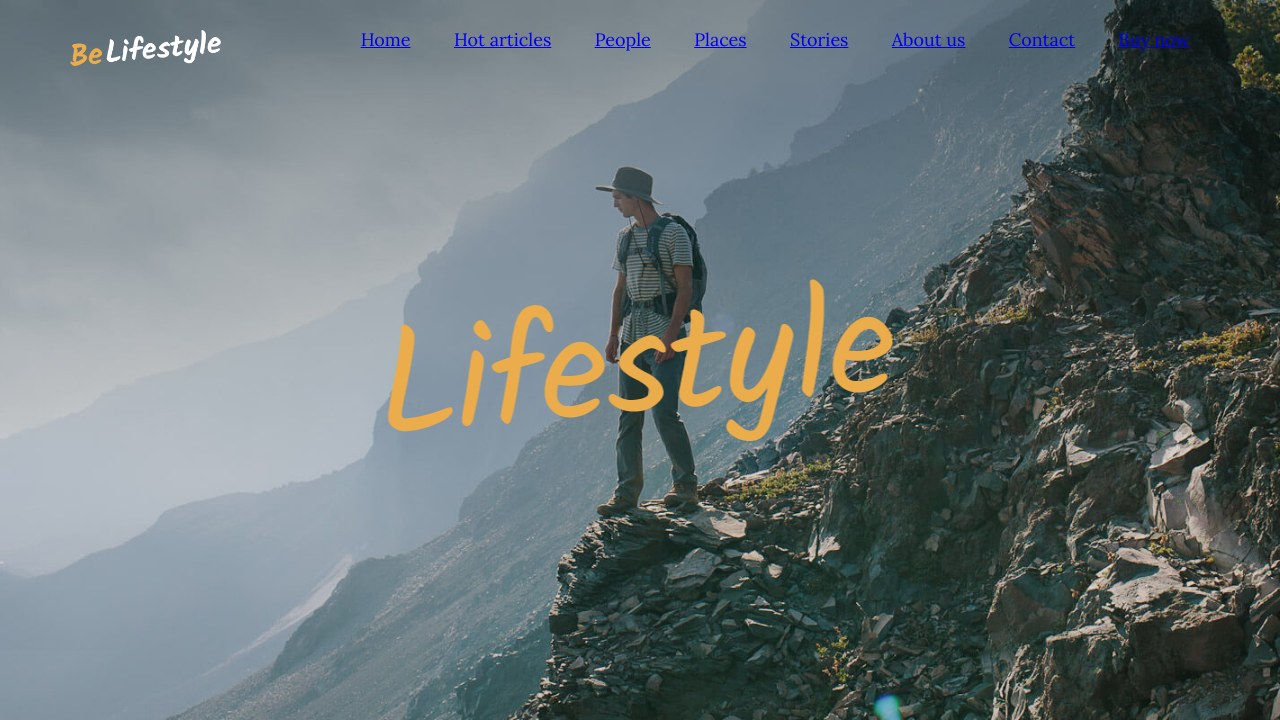
Repository: MalgorzataMazur/BeLife
Page: index.html
The author's editor kept a copy of each file at every save. The page is drawn from the files as they stood at one save, then again after the next save.
The browser window is 1280 px wide. The pictures show the whole page.

Above is the page before, as saved 2019-10-31 20:07:34.

After the next save:
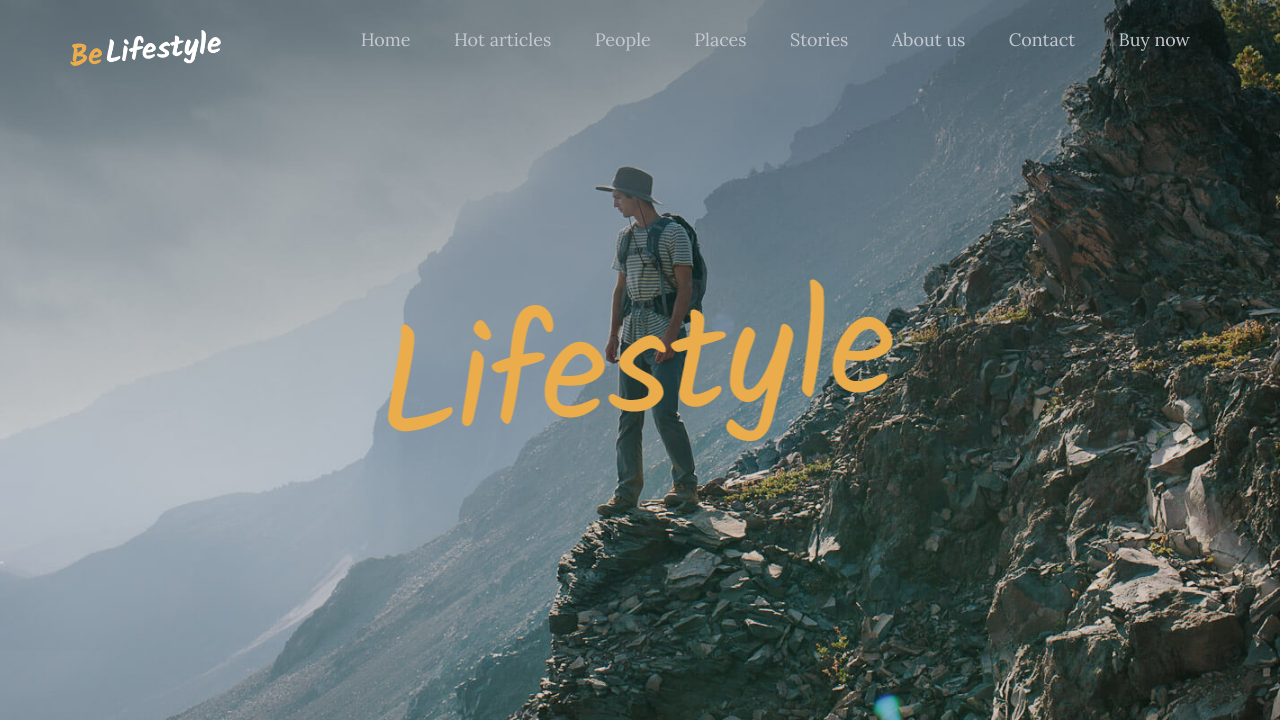
Saved 75 s later.
--- a/resources/css/style.css
+++ b/resources/css/style.css
@@ -62,13 +62,13 @@ header {
     display: inline-block;
     font-size: 138%;
     padding: 0 20px;
-    text-decoration: none;
+
 }
 
 
-.main-nav li {
+.main-nav li a {
     color: #C6CAD0;
-
+    text-decoration: none;
 }
 
 .main-nav li.first {
